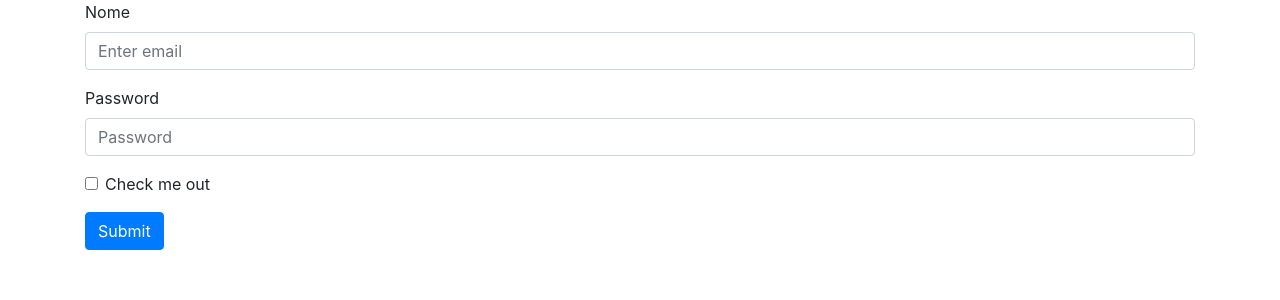
Repository: wellersonfc/simple-crud-react
Page: /
An editor plug-in stored every save of this project. The page is shown before and after a run of saves, followed by the edit.
The browser window is 1280 px wide. The pictures show the whole page.
The project was rebuilt for these pictures with package versions that can differ from the ones it lists, and the page was loaded fresh each time.

Above is the page before, as saved 2019-09-22 15:23:15.

### src/App.js
import React from 'react';
import logo from './logo.svg';
import 'bootstrap/dist/css/bootstrap.min.css';
function App() {
  return (
    <div className="App">
      <div className="container">
        <div className="form-autor">
          <form>
            <div class="form-group">
              <label for="exampleInputEmail1">Nome</label>
              <input type="email" class="form-control" id="exampleInputEmail1" aria-describedby="emailHelp" placeholder="Enter email"/>
            </div>
            <div class="form-group">
              <label for="exampleInputPassword1">Password</label>
              <input type="password" class="form-control" id="exampleInputPassword1" placeholder="Password"/>
            </div>
            <div class="form-group form-check">
              <input type="checkbox" class="form-check-input" id="exampleCheck1"/>
              <label class="form-check-label" for="exampleCheck1">Check me out</label>
            </div>
            <button type="submit" class="btn btn-primary">Submit</button>
        </form>
        </div>
      </div>
    </div>
  );
}

export default App;

Loaded but not shown: public/index.html (common file); src/index.js (common file); src/index.css (common file); src/serviceWorker.js (common file)

After the next 2 saves:
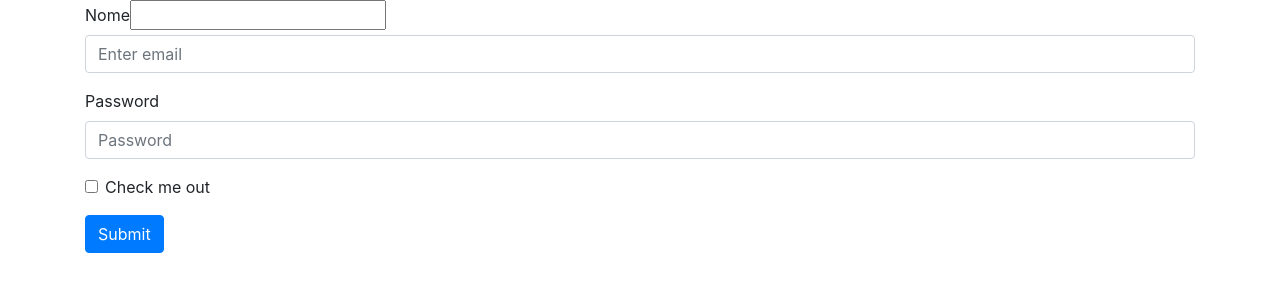
The 2 saves are shown as one change because they came seconds apart.
The last was saved 8 s later.
--- a/src/App.js
+++ b/src/App.js
@@ -9,6 +9,7 @@ function App() {
           <form>
             <div class="form-group">
               <label for="exampleInputEmail1">Nome</label>
+              <input id="nome" type="text" name="nome" value=""/>
               <input type="email" class="form-control" id="exampleInputEmail1" aria-describedby="emailHelp" placeholder="Enter email"/>
             </div>
             <div class="form-group">
